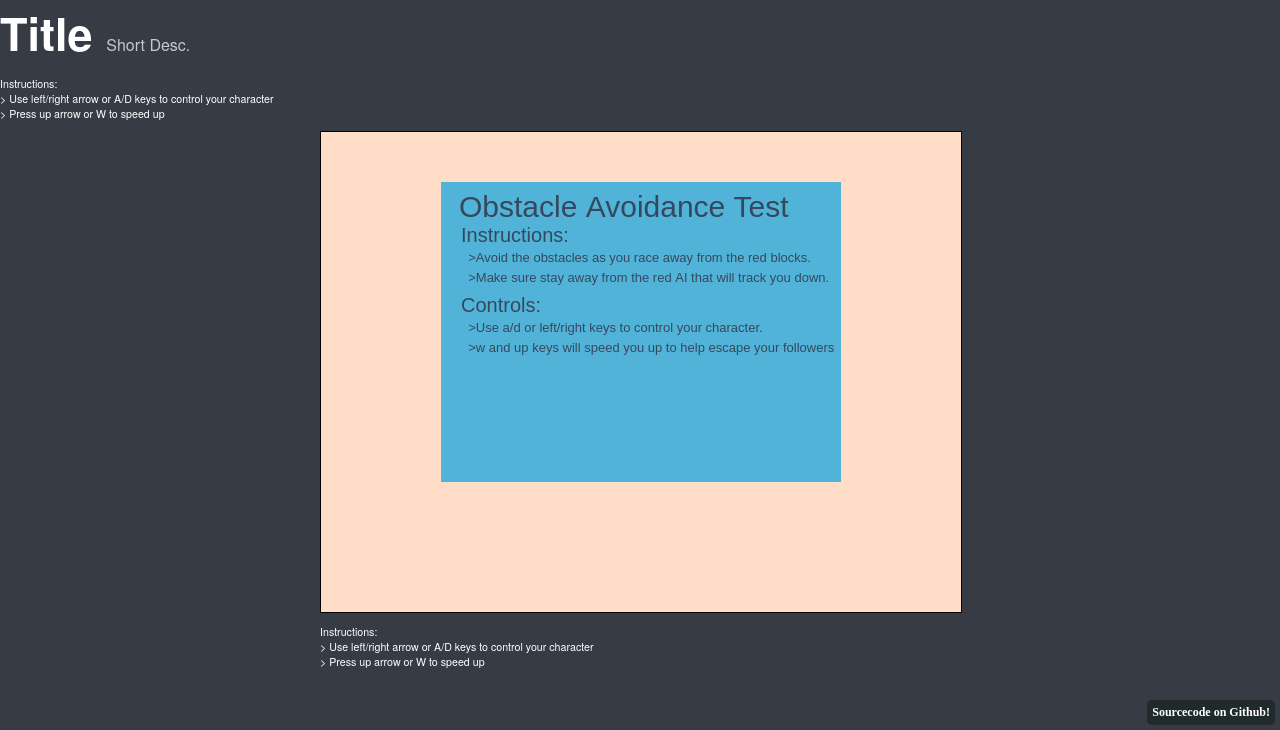
Repository: u1tralord/Avoidance-AI-Test
Page: client/index.html
The author's editor kept a record of every edit. The page is drawn from the files as they stood at one moment, then again after the next edit.
The browser window is 1280 px wide. The pictures show the whole page.
Some web libraries are served in a nearby version.

Above is the page before.
Console error: TypeError: Cannot read properties of undefined (reading 'webkit')

### client/index.html
<!DOCTYPE html PUBLIC "-//W3C//DTD XHTML 1.0 Transitional//EN" "http://www.w3.org/TR/xhtml1/DTD/xhtml1-transitional.dtd">
<html>
  <head>
    <title>AI Obstacle Avoidance</title>
	<link href="css/style.css" media="all" rel="stylesheet" type="text/css"/>
    <link href="css/screen.css" media="all" rel="stylesheet" type="text/css"/>
    <script language="javascript" src="https://ajax.googleapis.com/ajax/libs/jquery/1.4.4/jquery.min.js" type="text/javascript"></script>
	<script language="javascript" src="js/jquery.hotkeys.js" type="text/javascript"></script>
	<script language="javascript" src="js/key_status.js" type="text/javascript"></script>
	<script language="javascript" src="js/util.js" type="text/javascript"></script>
	<script language="javascript" src="js/sprite.js" type="text/javascript"></script>
	<script language="javascript" src="js/sound.js" type="text/javascript"></script>
  </head>
  <body>
		<div id="header">
			<h1>Title</h1>
			<p>Short Desc.</p>
			<!--<nav>
				<ul>
					<li><a href="">l1</a></li>
					<li><a href="">l2</a></li>
					<li><a href="">l3</a></li>
					<li><a href="">l4</a></li>
				</ul>
			</nav>-->
		</div>

		<content>
			<section>
				<div class="content">
					<div id="sidebarElement">
						<p id = "instructions">
							Instructions:<br>
							> Use left/right arrow or A/D keys to control your character <br>
							> Press up arrow or W to speed up
						</p>
					</div>
					<div id="game"></div>
				</div>
			</section>
		</content>

		<div id="footer">
			</br>
			<a id="githubLink" href="https://github.com/u1tralord/Avoidance-AI-Test">Sourcecode on Github!</a>
		</div>
		<script language="javascript" src="js/game.js" type="text/javascript"></script>
	</body>
</html>

### client/css/style.css
#content {
	width:100%;
	display:table;
	margin:0;
	max-width:none;
	background-color:#272B34;/*FE4B74*/
	height:50vh;
	border-bottom: 1px solid #1C2029;
}

nav li {
	display:inline;
	border-left:1px solid #fff;
	border-right:1px solid #fff;
	margin-left:10px;
	margin-right:10px;
}

nav a{
	text-decoration:none;
	color:#fff;
	margin-left:10px;
	margin-right:10px;
}

body {
	margin:0;
	padding:0;
	font-family:'HelveticaNeue';
	background-color: #373B44;
}

#header {
	font-family:"HelveticaNeue";
    font-weight: light;
}
#header h1{
	display:inline;
	color:#fff;
	font-size:45px
}

#header p{
	margin-left: 10px;
	display:inline;
	color:#C3CAC9;
	font-size:16px
}

video {
	width:30vw;
	height:30vw;
}

### client/css/screen.css
/* line 1 */
body {
  font-family: Verdana;
  font-size: 10pt;
}

canvas {
	border-style: solid;
    border-width: 1px;
}

#game {
	width: 640px;
	margin: 10px auto;
	display: block;
	margin-left: auto;
	margin-right: auto;
}

#instructions {
	font-family:"HelveticaNeue";
    font-weight: light;
	font-size: 8pt;
	color: #fff;
	display: block;
	clear:right;
}

#githubLink{
    margin: 5px;
    float: right;
    vertical-align: bottom;
    background-color: #202a2a;
    border-radius: 5px;
    padding: 5px;
    position: relative;
    bottom: 0;

    font-size: 12px;
    font-family: Perpetua;
    font-weight: bold;
    text-decoration: none;
    color: #fff;
}
#githubLink:hover{
    margin: 5px;
    float: right;
    vertical-align: bottom;
    background-color: #fff;
    border-radius: 5px;
    padding: 5px;
    position: relative;
    bottom: 0;

    font-size: 12px;
    font-family: Perpetua;
    font-weight: bold;
    text-decoration: none;
    color: #202a2a;
}

### client/js/sprite.js
(function() {
  function LoaderProxy() {
    return {
      draw: $.noop,
      fill: $.noop,
      frame: $.noop,
      update: $.noop,
      width: null,
      height: null
    };
  }

  function Sprite(image, sourceX, sourceY, width, height) {
    sourceX = sourceX || 0;
    sourceY = sourceY || 0;
    width = width || image.width;
    height = height || image.height;

    return {
      draw: function(canvas, x, y) {
        canvas.drawImage(
          image,
          sourceX,
          sourceY,
          width,
          height,
          x,
          y,
          width,
          height
        );
      },

      fill: function(canvas, x, y, width, height, repeat) {
        repeat = repeat || "repeat";
        var pattern = canvas.createPattern(image, repeat);
        canvas.fillColor(pattern);
        canvas.fillRect(x, y, width, height);
      },

      width: width,
      height: height
    };
  };

  Sprite.load = function(url, loadedCallback) {
    var img = new Image();
    var proxy = LoaderProxy();

    img.onload = function() {
      var tile = Sprite(this);

      $.extend(proxy, tile);

      if(loadedCallback) {
        loadedCallback(proxy);
      }
    };

    img.src = url;

    return proxy;
  };

  var spriteImagePath = "images/";

  window.Sprite = function(name, callback) {
    return Sprite.load(spriteImagePath + name + ".png", callback);
  };
  window.Sprite.EMPTY = LoaderProxy();
  window.Sprite.load = Sprite.load;
}());

### client/js/sound.js
var Sound = (function($) {
  var format = $.browser.webkit ? ".mp3" : ".wav";
  var soundPath = "sounds/";
  var sounds = {};

  function loadSoundChannel(name) {
    var sound = $('<audio />').get(0);
    sound.src = soundPath + name + format;

    return sound;
  }

  function Sound(name, maxChannels) {
    return {
      play: function() {
        Sound.play(name, maxChannels);
      },

      stop: function() {
        Sound.stop(name);
      }
    }
  }

  return $.extend(Sound, {
    play: function(name, maxChannels) {
      // Note: Too many channels crash browsers
      maxChannels = maxChannels || 4;

      if(!sounds[name]) {
        sounds[name] = [loadSoundChannel(name)];
      }

      var freeChannels = $.grep(sounds[name], function(sound) {
        return sound.currentTime == sound.duration || sound.currentTime == 0
      });

      if(freeChannels[0]) {
        try {
          freeChannels[0].currentTime = 0;
        } catch(e) {
        }
        freeChannels[0].play();
      } else {
        if(!maxChannels || sounds[name].length < maxChannels) {
          var sound = loadSoundChannel(name);
          sounds[name].push(sound);
          sound.play();
        }
      }
    },

    stop: function(name) {
      if(sounds[name]) {
        sounds[name].stop();
      }
    }
  });
}(jQuery));

### client/js/game.js
var CANVAS_WIDTH = 640;
var CANVAS_HEIGHT = 480;
var FPS = 60;
var updateRate = 60;
var startSpeed = 5.0;
var speed = startSpeed;
var score = 0;
var running = false;
var gameOverBool = false;
var shadowAlpha = 0.1;
var SCOREMODE = 0;
var distance0 = 0;

var scoreElement = document.getElementById("score");
var canvasElement = $("<canvas width='" + CANVAS_WIDTH +
    "' height='" + CANVAS_HEIGHT + "'></canvas>");
var canvas = canvasElement.get(0).getContext("2d");
canvasElement.appendTo(document.getElementById("game"));

var instructions = "Instructions:<br> > Use left/right arrow or A/D keys to control your character <br> > Press up arrow or W to speed up";
var instructionElement = $("<p id='instructions'>"+instructions+"</p>");
instructionElement.appendTo(document.getElementById("game"));
drawStartScreen();

var obstacles =	 [];
var followers = [];

setInterval(function() {
    if (running) {
        update();
    }
}, 1000 / updateRate);
setInterval(function() {
    if (running) {
        draw();
    }
}, 1000 / FPS);
setInterval(function() {
    if (keydown.space && !running){
			reset();
	}
	if(keydown.p && !gameOverBool){
		running = !running;
	}
}, 100);

var player = {
    color: "#508494",
    trail: [],
    width: 10,
    height: 10,
    x: CANVAS_WIDTH / 2 - 10,
    y: (CANVAS_HEIGHT / 2),
    xVelocity: 0.0,
    yVelocity: 0.0,
    maxXSpeed: 5,
    maxYSpeed: 10,
    draw: function() {
		this.trail.forEach(function(particle) {
            particle.draw();
        });

        canvas.fillStyle = this.color;
        canvas.fillRect(this.x, this.y, this.width, this.height);

		canvas.globalAlpha = shadowAlpha;
		for(var i=0; i < 5; i++){
			canvas.fillRect(this.x+i, this.y+i, this.width, this.height);
		}
		canvas.globalAlpha = 1;
    },

    updateTrail: function() {
        this.trail = this.trail.filter(function(trailParticle) {
            return trailParticle.active;
        });

		this.trail.push(Particle({}, this));

        this.trail.forEach(function(trailParticle) {
            trailParticle.update();
            trailParticle.move(0, speed);
        });
    },

    move: function() {
        this.xVelocity = this.xVelocity.clamp(0 - this.maxXSpeed, this.maxXSpeed);
        this.yVelocity = this.yVelocity.clamp(0 - this.maxYSpeed, this.maxYSpeed);

        this.x += this.xVelocity;
        this.y += this.yVelocity;
        this.x = this.x.clamp(0, CANVAS_WIDTH - this.width);
        this.y = this.y.clamp(0, CANVAS_HEIGHT - this.height);
        this.updateTrail();
    },

    midpoint: function() {
        return {
            x: this.x + this.width / 2,
            y: this.y + this.height / 2
        };
    }
};

function Particle(I, obj) {
    I = I || {};
    I.active = true;
    I.maxAge = 100;
    I.age = I.maxAge;
    I.color = "#323232";
    I.size = obj.width / 3;
    I.x = obj.midpoint().x;
    I.y = obj.midpoint().y;

    I.draw = function() {
        var tempsize = 0
        tempsize = I.age / I.maxAge * I.size;
        if (tempsize > .1) {
            canvas.globalAlpha = I.age / (I.maxAge * 1.1);
            canvas.beginPath();
            canvas.fillStyle = I.color;
            canvas.arc(I.x, I.y, tempsize, 0, 2 * Math.PI, false);
            canvas.fill();
            canvas.globalAlpha = 1;
        }
    }

    I.update = function() {
        I.age--;
        if (I.age < 0)
            I.active = false;
    }

    I.move = function(x0, y0) {
        I.x += x0;
        I.y += y0;
        if (I.y > CANVAS_HEIGHT)
            I.active = false;
    }

    return I;
}

function Follower(I) {
    I = I || {};
	I.trail = [];
    I.safe = true;
    I.active = true;
    I.dangers = [];
    I.color = "#d44a27";
    I.width = 12;
    I.height = 12;
    I.x = Math.random() * CANVAS_WIDTH;
    I.y = CANVAS_HEIGHT + 50;
    I.xVelocity = 0.0;
    I.yVelocity = 0.0;
    I.maxXSpeed = 5;
    I.maxYSpeed = 10;
    I.draw = function() {
		this.trail.forEach(function(particle) {
            particle.draw();
        });

        canvas.fillStyle = I.color;
        canvas.fillRect(I.x, I.y, I.width, I.height);

		canvas.globalAlpha = shadowAlpha;
		for(var i=0; i < 5; i++){
			canvas.fillRect(this.x+i, this.y+i, this.width, this.height);
		}
		canvas.globalAlpha = 1;
    }

    I.move = function() {
        I.xVelocity = I.xVelocity.clamp(0 - I.maxXSpeed, I.maxXSpeed);
        I.yVelocity = I.yVelocity.clamp(0 - I.maxYSpeed, I.maxYSpeed);

        I.x += I.xVelocity;
        I.y += I.yVelocity;
        I.x = I.x.clamp(0, CANVAS_WIDTH - I.width);
        //I.y = I.y.clamp(0, CANVAS_HEIGHT + 50);
		I.updateTrail();
    }

    I.midpoint = function() {
            return {
                x: I.x + I.width / 2,
                y: I.y + I.height / 2
            };
        },

    I.avoid = function(obstacle) {
            var distance = obstacle.midpoint().x - I.midpoint().x;
            var time = 0.5 * Math.abs(obstacle.midpoint().y - I.midpoint().y);
            I.xVelocity -= 0.5 * (distance / time);

            if (I.x > CANVAS_WIDTH - I.width - 20)
                I.xVelocity -= 2;
            if (I.x < 0 + 20)
                I.xVelocity += 2;
        },

    I.checkSafe = function() {
            var vectors = [];
            var px = I.midpoint().x;
            var py = I.midpoint().y

            var r1 = line(px, py, 0 + px, py - 300);
            var r2 = line(px, py, -35 + px, py - 50);
            var r3 = line(px, py, 35 + px, py - 50);
            var r4 = line(px, py, -20 + px, py - 240);
            var r5 = line(px, py, 20 + px, py - 240);
            vectors.push(r1);
            vectors.push(r2);
            vectors.push(r3);
            vectors.push(r4);
            vectors.push(r5);

            var tempSafe = true;
            obstacles.forEach(function(obstacle) {
                vectors.forEach(function(vect) {
                    //drawRay(vect);
                    var r = rectangle(obstacle.x, obstacle.y, obstacle.width, obstacle.height);
                    var l = line(vect.x1, vect.y1, vect.x2, vect.y2);
                    if (isIntersecting(r, l)) {
                        tempSafe = false;
                        I.avoid(obstacle);
                    }
                });
            });
            if (tempSafe) {
                if (I.y < CANVAS_HEIGHT) {
                    if (I.x < player.x)
                        I.xVelocity += 0.01; // = 0.75
                    else if (I.x > player.x)
                        I.xVelocity += -0.01; // = 0.75
                    else
                        I.xVelocity = 0;
                }

                if (I.y < player.y)
                    I.yVelocity = 0.3;
                else if (I.y > player.y)
                    I.yVelocity = -0.3;
                else
                    I.yVelocity = 0;

                followers.forEach(function(follower) {
                    var dist = Math.sqrt(Math.pow(follower.x - I.x, 2) + Math.pow(follower.y - I.y, 2));
                    if (Math.abs(dist) < 30) {
                        if (I.x < follower.x)
                            I.xVelocity = -0.3;
                        else if (I.x > follower.x)
                            I.xVelocity = 0.3;
                    }
                });
            }
        }

	I.updateTrail = function() {
        I.trail = I.trail.filter(function(trailParticle) {
            return trailParticle.active;
        });

		I.trail.push(Particle({}, I));

        I.trail.forEach(function(trailParticle) {
            trailParticle.update();
            trailParticle.move(0, speed);
        });
    }

	return I;
}

function Obstacle(I) {
    I = I || {};
    I.active = true;
    I.color = "#3e221d";
    I.width = 35;
    I.height = 35;
    I.x = Math.random() * (CANVAS_WIDTH - I.width);
    I.y = -35;

	I.type = 0;
	I.moveLimit = (Math.random()*50)+50;
	I.moved = 0;
	I.direction = 1;

	//Type #0 = general block
	//Type #1 = moving block
	//Type #2 = gravity block
	//Type #3 = fake block
	var rand = Math.random();
	if(score > 5 && rand < 0.1){
		I.type = 1;
		I.color = "#104454";
	}
	if(score > 30 && rand < 0.01){
		I.type = 2;
		I.color = "#000000";
	}

	I.update = function(){
		if(I.type == 1){
			if(I.moved > I.moveLimit || I.moved < 0)
				I.direction*=-1;
			I.x += I.direction;
			I.moved += I.direction;
		}
		else if(I.type == 2){
			var strength = 1000;

			var dist = Math.sqrt(Math.pow(player.midpoint().x-I.midpoint().x, 2)+Math.pow(player.midpoint().y-I.midpoint().y, 2))/2;
			var pull = strength/(Math.pow(dist,2)-200)+0.1;
			//console.log("d: " + dist);
			//console.log("p: " + pull);
			if (I.midpoint().x < player.midpoint().x)
				player.xVelocity -= pull;
			else if (I.midpoint().x > player.midpoint().x)
				player.xVelocity += pull;

			if (I.midpoint().y < player.midpoint().y)
				speed += pull/7;
			/*else if (I.y > player.y)
				speed -= pull;*/

			speed = speed.clamp(0, 20);

			/*followers.forEach( function(follower){
				dist = Math.sqrt(Math.pow(follower.x-I.x, 2)+Math.pow(follower.y-I.y, 2));
				pull = (1/dist)*strength;

				if (I.x < follower.x)
					follower.xVelocity -= pull;
				else if (I.x > follower.x)
					follower.xVelocity += pull;
			});*/
		}
	}

    I.draw = function() {
        canvas.fillStyle = I.color;
        canvas.fillRect(I.x, I.y, I.width, I.height);

		/*if(I.type == 2){
			canvas.beginPath();
			canvas.strokeStyle = "#000";
			canvas.arc(I.midpoint().x, I.midpoint().y, 100, 0, 2 * Math.PI, false);
			canvas.stroke();
		}*/

		canvas.globalAlpha = shadowAlpha;
		for(var i=0; i < 5; i++){
			canvas.fillRect(this.x+i, this.y+i, this.width, this.height);
		}
		canvas.globalAlpha = 1;
    }

    I.midpoint = function() {
        return {
            x: I.x + I.width / 2,
            y: I.y + I.height / 2
        };
    }

    I.move = function(x0, y0) {
        I.x += x0;
        I.y += y0;
        if (I.y > CANVAS_HEIGHT)
            I.active = false;
    }

    return I;
};

function line(p1, p2, p3, p4) {
    return {
        x1: p1,
        y1: p2,
        x2: p3,
        y2: p4
    };
}

function rectangle(rx, ry, rw, rh) {
    return {
        x1: rx,
        y1: ry,
        x2: rx + rw,
        y2: ry,
        x3: rx,
        y3: ry + rh,
        x4: rx + rw,
        y4: ry + rh,
    };
}

function lineIntersect(x1, y1, x2, y2, x3, y3, x4, y4) {
    var x = ((x1 * y2 - y1 * x2) * (x3 - x4) - (x1 - x2) * (x3 * y4 - y3 * x4)) / ((x1 - x2) * (y3 - y4) - (y1 - y2) * (x3 - x4));
    var y = ((x1 * y2 - y1 * x2) * (y3 - y4) - (y1 - y2) * (x3 * y4 - y3 * x4)) / ((x1 - x2) * (y3 - y4) - (y1 - y2) * (x3 - x4));
    if (isNaN(x) || isNaN(y)) {
        return false;
    } else {
        if (x1 >= x2) {
            if (!(x2 <= x && x <= x1)) {
                return false;
            }
        } else {
            if (!(x1 <= x && x <= x2)) {
                return false;
            }
        }
        if (y1 >= y2) {
            if (!(y2 <= y && y <= y1)) {
                return false;
            }
        } else {
            if (!(y1 <= y && y <= y2)) {
                return false;
            }
        }
        if (x3 >= x4) {
            if (!(x4 <= x && x <= x3)) {
                return false;
            }
        } else {
            if (!(x3 <= x && x <= x4)) {
                return false;
            }
        }
        if (y3 >= y4) {
            if (!(y4 <= y && y <= y3)) {
                return false;
            }
        } else {
            if (!(y3 <= y && y <= y4)) {
                return false;
            }
        }
    }
    return true;
}

function isIntersecting(rect, line) {
    var intersect = false;
    if (lineIntersect(rect.x1, rect.y1, rect.x2, rect.y2, line.x1, line.y1, line.x2, line.y2))
        intersect = true;
    if (lineIntersect(rect.x2, rect.y2, rect.x3, rect.y3, line.x1, line.y1, line.x2, line.y2))
        intersect = true;
    if (lineIntersect(rect.x3, rect.y3, rect.x4, rect.y4, line.x1, line.y1, line.x2, line.y2))
        intersect = true;
    if (lineIntersect(rect.x4, rect.y4, rect.x1, rect.y1, line.x1, line.y1, line.x2, line.y2))
        intersect = true;
    return intersect;
}

function drawRay(ray) {
    canvas.beginPath();
    canvas.moveTo(ray.x1, ray.y1);
    canvas.lineTo(ray.x2, ray.y2);
    canvas.stroke();
}

var repeat = 0;
function update() {
    if (keydown.right || keydown.d) {
        player.xVelocity += 1;
    }
    if (keydown.left || keydown.a) {
        player.xVelocity -= 1;
    }
    if (keydown.up || keydown.w) {
        speed += 0.3;
        followers.forEach(function(follower) {
            follower.y += 2;
        });
    }
    if (!keydown.up && !keydown.w && speed > startSpeed) {
        speed -= 0.1;
		/*followers.forEach(function(follower) {
            follower.y -= 2;
        });*/
    }
    player.move();
    updateFollowers();
    updateObstacles();
    handleFriction();
    handleCollisions();
	repeat++;
	/*if(repeat%60 == 0)
		score++;*/
	distance0 += speed;
	score = Math.floor(distance0/(startSpeed*100));
}

function updateObstacles() {
    obstacles = obstacles.filter(function(obstacle) {
        return obstacle.active;
    });

    if (Math.random() < 0.1) {
        obstacles.push(Obstacle());
    }
	obstacles.forEach(function(obstacle) {
        obstacle.update();
    });
    obstacles.forEach(function(obstacle) {
        obstacle.move(0, speed);
    });
}

function updateFollowers() {
    //var initial = followers.length;
    followers = followers.filter(function(follower) {
        return follower.active;
    });
	if(SCOREMODE == 1)
		score += initial - followers.length;

    if (followers.length < 3) {
        followers.push(Follower());
    }

    followers.forEach(function(follower) {
        follower.checkSafe();
        follower.move();
    });
}

function draw() {
    canvas.clearRect(0, 0, CANVAS_WIDTH, CANVAS_HEIGHT);
    canvas.fillStyle = "#ffddc7";
    canvas.fillRect(0, 0, CANVAS_WIDTH, CANVAS_HEIGHT);

    canvas.fillStyle = "black";
    canvas.font = "30px Arial";
    canvas.fillText(score, 10, 30);

    player.draw();

    followers.forEach(function(follower) {
        follower.draw();
    });

    obstacles.forEach(function(obstacle) {
        obstacle.draw();
    });
}

function handleFriction() {
    var friction = 0.6;
    if (Math.abs(player.xVelocity) <= friction) {
        player.xVelocity = 0;
    } else {
        if (player.xVelocity > 0)
            player.xVelocity -= friction;
        if (player.xVelocity < 0)
            player.xVelocity += friction;
    }

    if (Math.abs(player.yVelocity) <= friction) {
        player.yVelocity = 0;
    } else {
        if (player.yVelocity > 0)
            player.yVelocity -= friction;
        if (player.yVelocity < 0)
            player.yVelocity += friction;
    }
}

function collides(a, b) {
    return a.x < b.x + b.width &&
        a.x + a.width > b.x &&
        a.y < b.y + b.height &&
        a.y + a.height > b.y;
}

function handleCollisions() {
    obstacles.forEach(function(obstacle) {
        if (collides(player, obstacle)) {
            //gameOver();
        }
        followers.forEach(function(follower) {
            if (collides(follower, obstacle)) {
                follower.active = false;
            }
            if (collides(player, follower)) {
                gameOver();
            }
        });
    });
}

function reset() {
	obstacles = [];
	followers = [];
	player.trail = [];
	player.x = CANVAS_WIDTH / 2 - 10;
	player.y = CANVAS_HEIGHT/2;
	score = 0;
	distance0 = 0;
	speed = startSpeed;
	running = true;
}

function gameOver() {
	running = false;
	var gameOverWidth = 200;
	var gameOverHeight = 100;
	var gameOverX = CANVAS_WIDTH/2 - (gameOverWidth/2);
	var gameOverY = 50;
	canvas.fillStyle = "#52B3D9";
    canvas.fillRect(gameOverX, gameOverY, gameOverWidth, gameOverHeight);
	canvas.fillStyle = "#34495E";
	canvas.font = "30px Arial";
	canvas.fillText("Game Over!", gameOverX+18, gameOverY+35);
	canvas.fillText("Score: " + score, gameOverX+35, gameOverY+65);
	canvas.font = "10px Arial";
	canvas.fillText("Press 'space' to try again", gameOverX+40, gameOverY+90);
}

function drawStartScreen() {
	canvas.fillStyle = "#ffddc7";
    canvas.fillRect(0, 0, CANVAS_WIDTH, CANVAS_HEIGHT);

	var gameStartWidth = 400;
	var gameStartHeight = 300;
	var gameStartX = CANVAS_WIDTH/2 - (gameStartWidth/2);
	var gameStartY = 50;
	canvas.fillStyle = "#52B3D9";
    canvas.fillRect(gameStartX, gameStartY, gameStartWidth, gameStartHeight);
	canvas.fillStyle = "#34495E";

	canvas.font = "30px Arial";
	canvas.fillText("Obstacle Avoidance Test", gameStartX+18, gameStartY+35);
	canvas.font = "20px Arial";
	canvas.fillText("Instructions: ", gameStartX+20, gameStartY+60);
	canvas.font = "13px Arial";
	canvas.fillText("  >Avoid the obstacles as you race away from the red blocks.", gameStartX+20, gameStartY+80);
	canvas.fillText("  >Make sure stay away from the red AI that will track you down.", gameStartX+20, gameStartY+100);

	canvas.font = "20px Arial";
	canvas.fillText("Controls: ", gameStartX+20, gameStartY+130);
	canvas.font = "13px Arial";
	canvas.fillText("  >Use a/d or left/right keys to control your character.", gameStartX+20, gameStartY+150);
	canvas.fillText("  >w and up keys will speed you up to help escape your followers", gameStartX+20, gameStartY+170);
}

Loaded but not shown: client/js/jquery.hotkeys.js (library); client/js/key_status.js (common file); client/js/util.js (common file)

After the next edit:
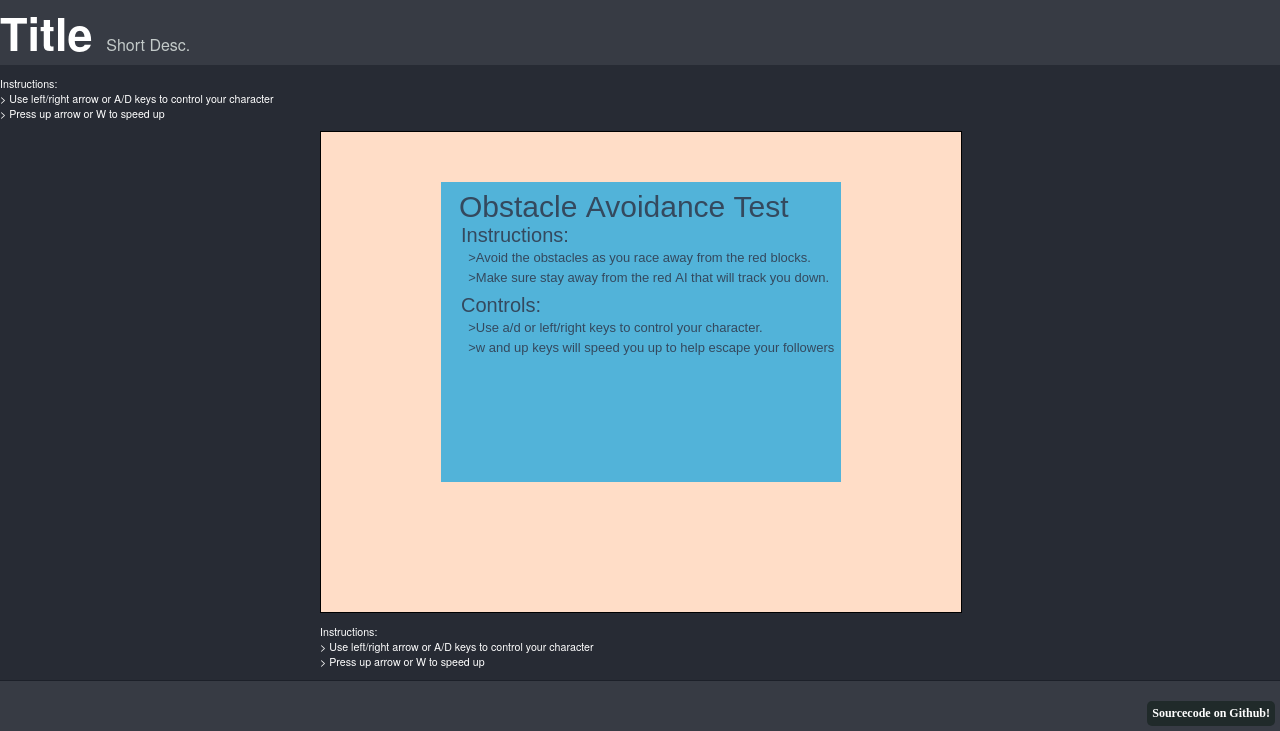
The edit:
--- a/client/index.html
+++ b/client/index.html
@@ -27,7 +27,7 @@
 
 		<content>
 			<section>
-				<div class="content">
+				<div id="content">
 					<div id="sidebarElement">
 						<p id = "instructions">
 							Instructions:<br>
